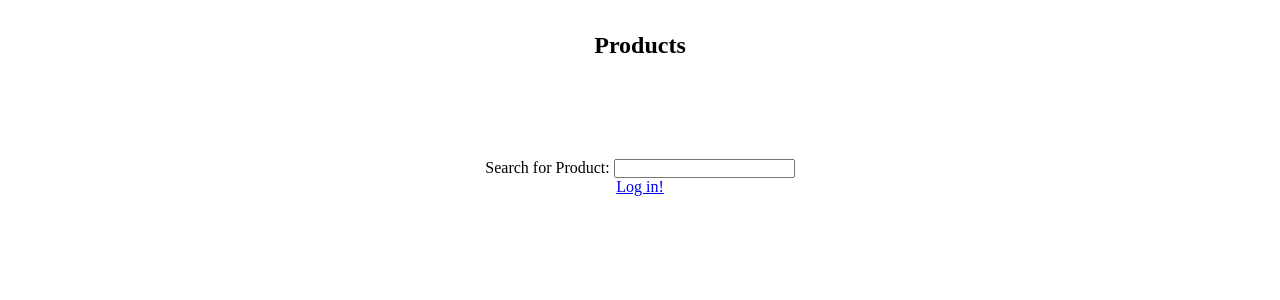
Repository: Andres513/CapStone
Page: /
These files come from the project's save history. The page is drawn as it stood at one moment and after the next save; the edit follows.
The browser window is 1280 px wide. The pictures show the whole page.
The page's requests for data from a server got no answer. The project was rebuilt for these pictures with package versions that can differ from the ones it lists, and the page was loaded fresh each time. No one was signed in, and anything a server would have sent is missing. Also part of the build but not shown: vite.config.js, src/components/Login.jsx, src/components/SingleProduct.jsx.

Above is the page before, as saved 2024-04-01 19:36:07.

After the next save:
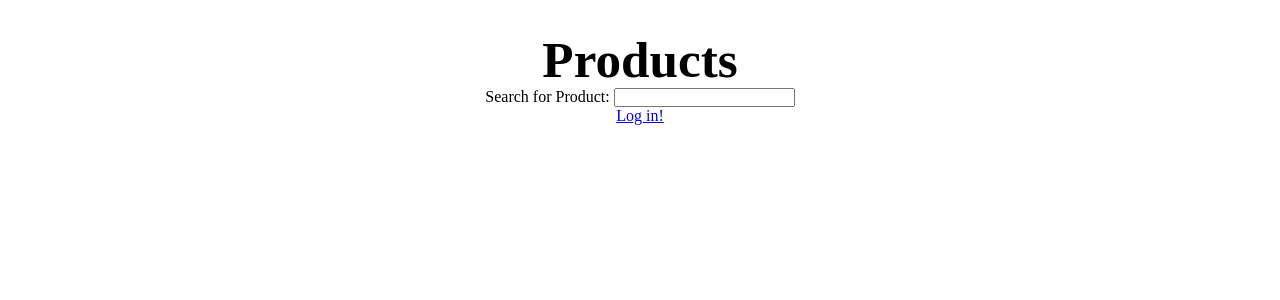
Saved 26 s later.
--- a/src/components/FetchProducts.jsx
+++ b/src/components/FetchProducts.jsx
@@ -31,7 +31,7 @@
 
     return (
         <>
-        <h2>Products</h2>
+        <h1>Products</h1>
         <label className="search-bar">Search for Product: <input type="text" value={searched} onChange={(e) => setSearched(e.target.value)}/></label><br/>
         <Link to="/login" element={<Login />}>Log in!</Link>
         <div className="items-container">
